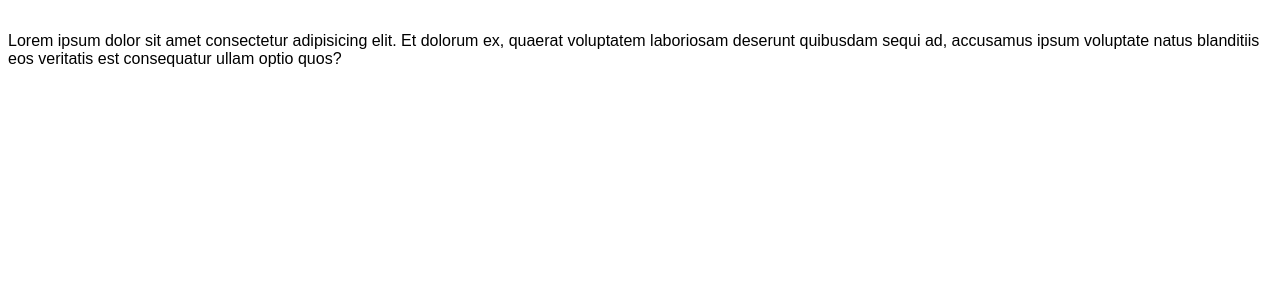
Repository: Codigo404q/html-css
Page: exercicios/ex018/fonte02.html
An editor plug-in stored every save of this project. The page is shown before and after the next save, followed by the edit.
The browser window is 1280 px wide. The pictures show the whole page.
Some web fonts or font styles are not loaded; a fallback is used.

Above is the page before, as saved 2023-11-03 22:45:40.

After the next save:
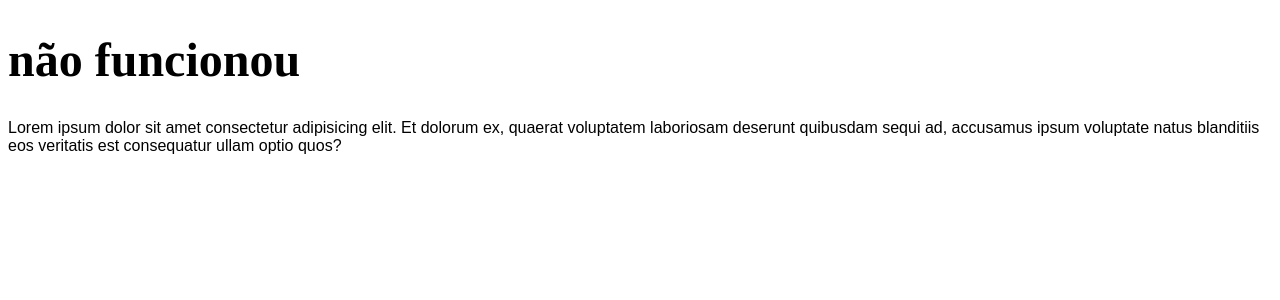
Saved 5 s later.
--- a/exercicios/ex018/fonte02.html
+++ b/exercicios/ex018/fonte02.html
@@ -30,7 +30,7 @@
     </style>
 </head>
 <body>
-    <h1></h1>
+    <h1>não funcionou</h1>
     <p>Lorem ipsum dolor sit amet consectetur adipisicing elit. Et dolorum ex, quaerat voluptatem laboriosam deserunt quibusdam sequi ad, accusamus ipsum voluptate natus blanditiis eos veritatis est consequatur ullam optio quos?</p>
 
 </body>
